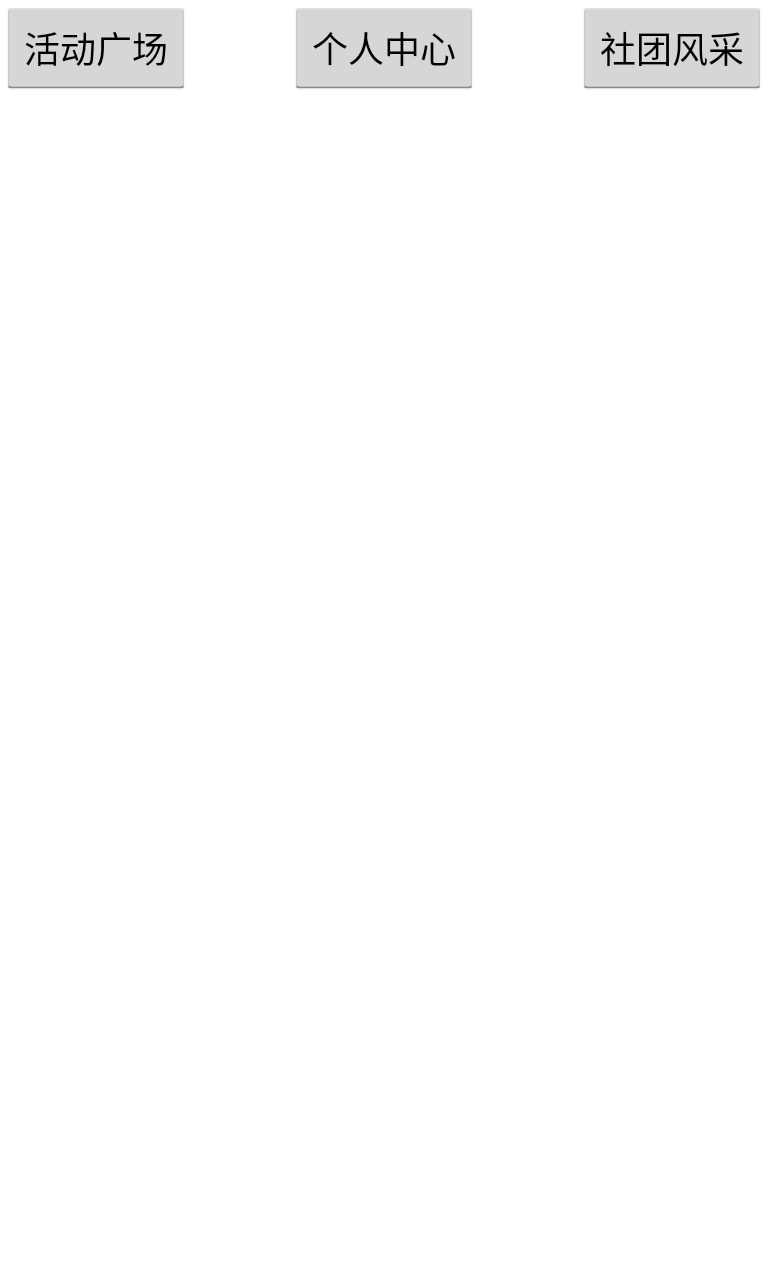
Repository: XQFHNB/TTB1.0
Layout: TTB/res/layout/activity_main.xml
The author's editor kept a copy of each file at every save. The layout is drawn from the files as they stood at one save, then again after the next save.
It is drawn on a 768 x 1280 px phone screen (xhdpi) without system bars, with theme AppTheme; the app's code is not run.

Above is the layout before, as saved 2016-03-10 11:54:07.

### TTB/res/layout/activity_main.xml
<RelativeLayout xmlns:android="http://schemas.android.com/apk/res/android"
    xmlns:tools="http://schemas.android.com/tools"
    android:layout_width="match_parent"
    android:layout_height="match_parent"
    tools:context="com.example.ttb.MainActivity" >

    <Button
        android:id="@+id/button1"
        android:layout_width="wrap_content"
        android:layout_height="wrap_content"
        android:layout_alignParentLeft="true"
        android:layout_alignParentTop="true"
        android:text="活动广场" />

    <Button
        android:id="@+id/button2"
        android:layout_width="wrap_content"
        android:layout_height="wrap_content"
        android:layout_alignParentRight="true"
        android:layout_alignParentTop="true"
        android:text="社团风采" />

    <Button
        android:id="@+id/button3s"
        android:layout_width="wrap_content"
        android:layout_height="wrap_content"
        android:layout_alignParentTop="true"
        android:layout_centerHorizontal="true"
        android:text="个人中心" />

</RelativeLayout>

Loaded but not shown: TTB/res/values/styles.xml (common file); TTB/res/values-v11/styles.xml (common file); TTB/res/values-v14/styles.xml (common file)

After the next save:
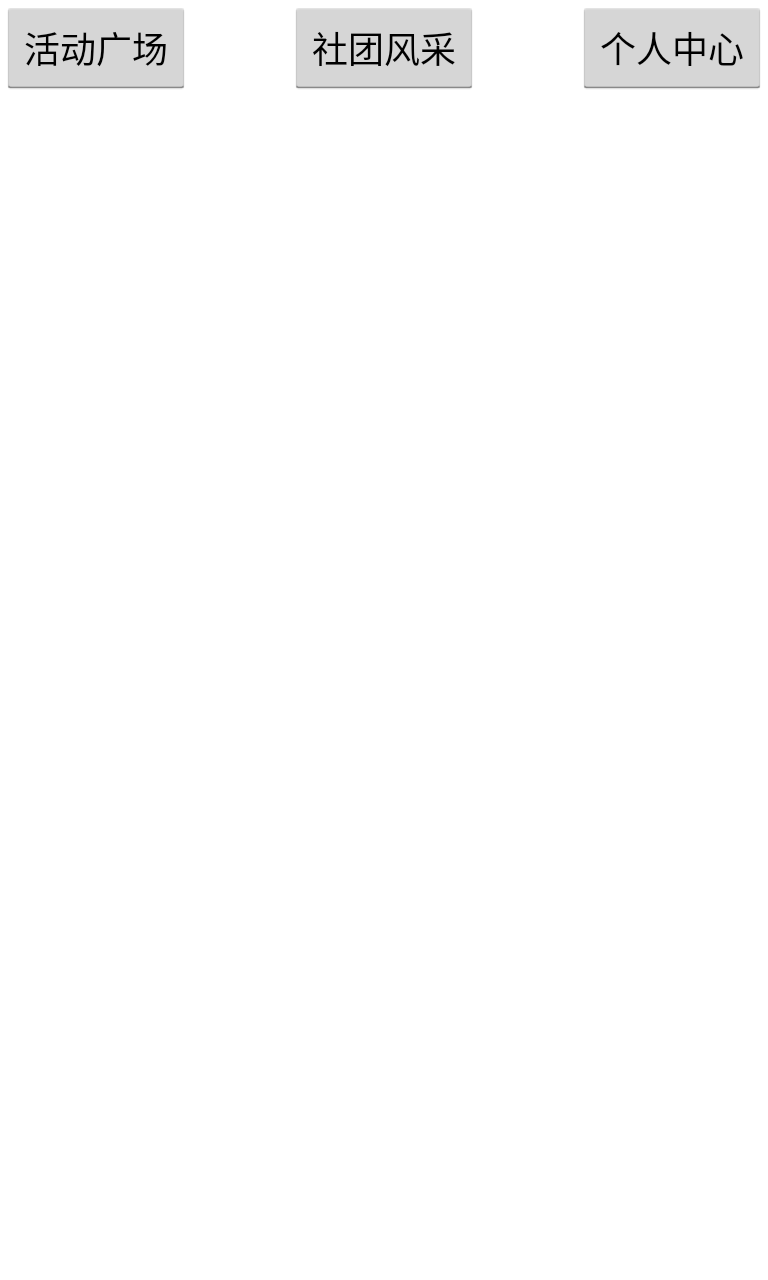
Saved 19 s later.
--- a/TTB/res/layout/activity_main.xml
+++ b/TTB/res/layout/activity_main.xml
@@ -18,14 +18,14 @@
         android:layout_height="wrap_content"
         android:layout_alignParentRight="true"
         android:layout_alignParentTop="true"
-        android:text="社团风采" />
+        android:text="个人中心" />
 
     <Button
-        android:id="@+id/button3s"
+        android:id="@+id/button3"
         android:layout_width="wrap_content"
         android:layout_height="wrap_content"
         android:layout_alignParentTop="true"
         android:layout_centerHorizontal="true"
-        android:text="个人中心" />
+        android:text="社团风采" />
 
 </RelativeLayout>
